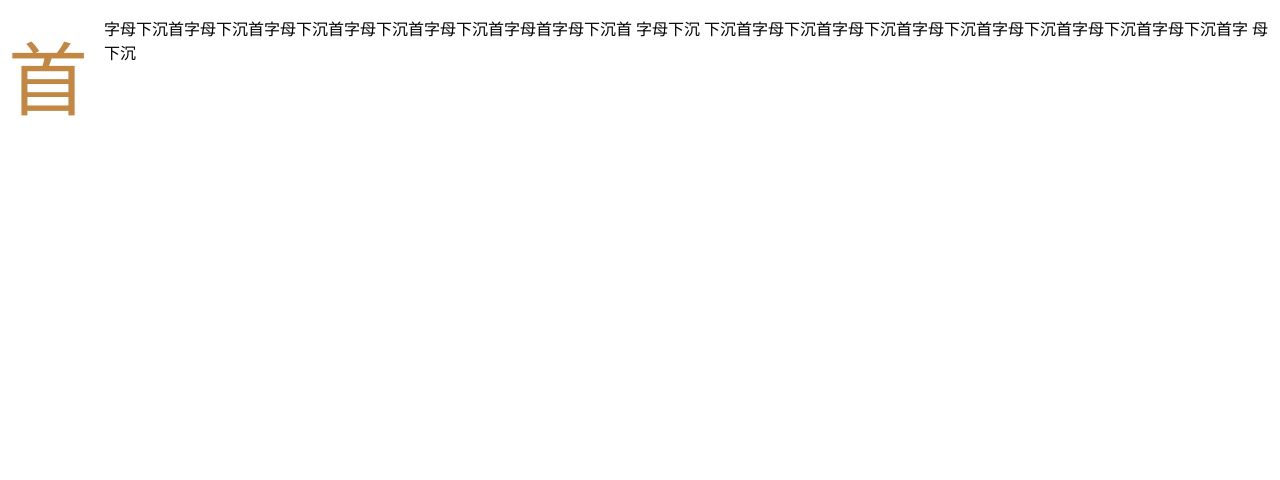
Repository: Gin1217/frontStudy
Page: first-letter.html
An editor plug-in stored every save of this project. The page is shown before and after the next save, followed by the edit.
The browser window is 1280 px wide. The pictures show the whole page.

Above is the page before, as saved 2021-03-12 22:19:59.

### first-letter.html
<!DOCTYPE html>
<html lang="en">

<head>
    <meta charset="UTF-8">
    <meta http-equiv="X-UA-Compatible" content="IE=edge">
    <meta name="viewport" content="width=device-width, initial-scale=1.0">
    <title>首字下沉</title>

    <style>
        p::first-letter {
            color: #c28743;
            float: left;
            font-size: 5em;
            margin: 0 .2em 0 0;
        }
    </style>
</head>

<body>
    <p>
        ⾸字⺟下沉⾸字⺟下沉⾸字⺟下沉⾸字⺟下沉⾸字⺟下沉⾸字⺟⾸字⺟下沉⾸
        字⺟下沉
        下沉⾸字⺟下沉⾸字⺟下沉⾸字⺟下沉⾸字⺟下沉⾸字⺟下沉⾸字⺟下沉⾸字
        ⺟下沉
    </p>

</body>

</html>

After the next save:
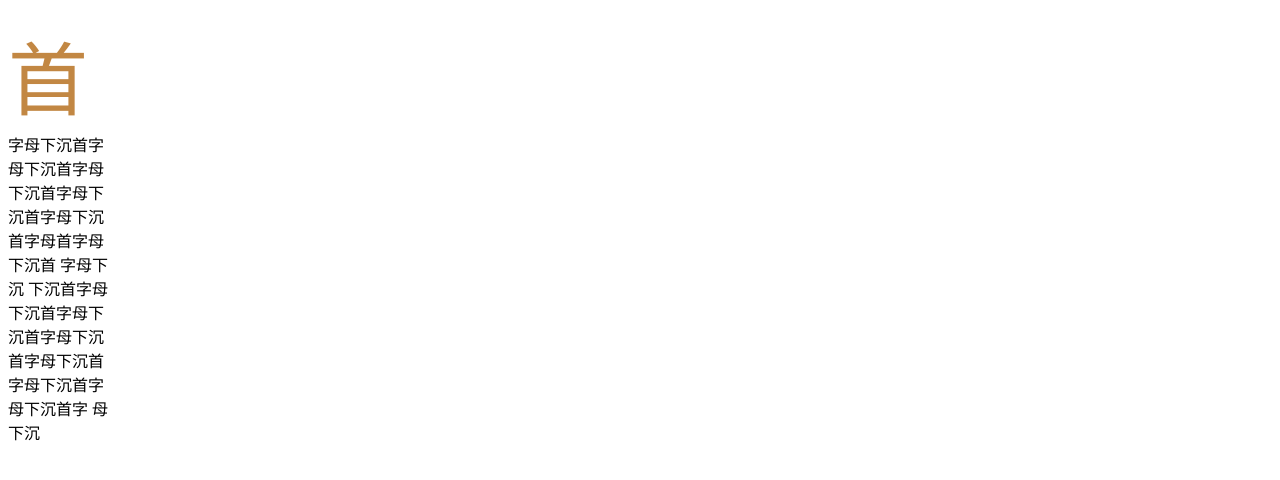
Saved 4 min 5 s later.
--- a/first-letter.html
+++ b/first-letter.html
@@ -8,6 +8,12 @@
     <title>首字下沉</title>
 
     <style>
+        p{
+            height: 100px;
+            width: 100px;
+            /* background-color: ; */
+        }
+
         p::first-letter {
             color: #c28743;
             float: left;
@@ -18,7 +24,7 @@
 </head>
 
 <body>
-    <p>
+    <p >
         ⾸字⺟下沉⾸字⺟下沉⾸字⺟下沉⾸字⺟下沉⾸字⺟下沉⾸字⺟⾸字⺟下沉⾸
         字⺟下沉
         下沉⾸字⺟下沉⾸字⺟下沉⾸字⺟下沉⾸字⺟下沉⾸字⺟下沉⾸字⺟下沉⾸字
